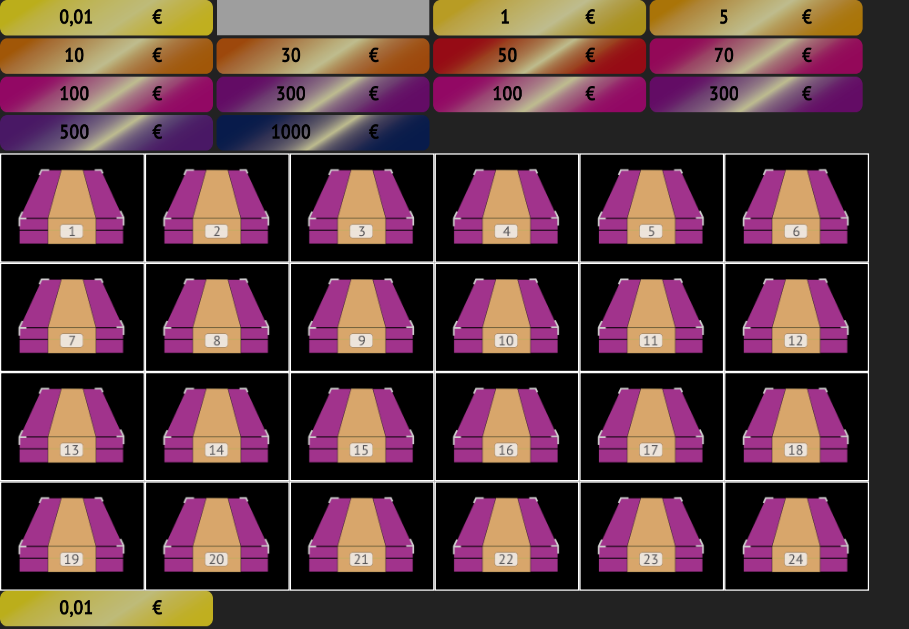
Repository: elnacp/Deal_or_no_deal
Page: DealOrNoDeal/index.html
These files come from the project's save history. The page is drawn as it stood at one moment and after a run of saves; the edit follows.
The browser window is 1280 px wide. The pictures show the whole page, at 71% of full size.
Pictures or frames that could not be fetched are drawn as grey boxes. Some web libraries are served in a nearby version.

Above is the page before, as saved 2017-11-25 23:34:35.

### DealOrNoDeal/index.html
<!DOCTYPE html>
<html>
<head>
    <meta charset="utf-8" />
    <meta name="viewport" content="width=device-width, initial-scale=1.0, maximum-scale=1.0">
    <meta name="description" content="Tizen TV basic template generated by Samsung TV Web IDE"/>

    <title>Tizen TV Web IDE - Tizen TV - Tizen TV basic Application</title>

	<!-- jQuery library -->
	<script src="https://ajax.googleapis.com/ajax/libs/jquery/3.1.1/jquery.min.js"></script>

    <link rel="stylesheet" type="text/css" href="css/style.css"/>
    <script src="js/main.js"></script>
</head>

<body>
	<div id="container">
		<div id = "left">
			<input type="image"  id ="prizes" src="./img/prizes/0,01.png"   />
			<input type="image"  id ="prizes" src="./img/prizes/0,05.png"   />
			<input type="image"  id ="prizes" src="./img/prizes/1.png"  	/>
			<input type="image"  id ="prizes" src="./img/prizes/5.png"  	/>
			<input type="image"  id ="prizes" src="./img/prizes/10.png"     />
			<input type="image"  id ="prizes" src="./img/prizes/30.png"     />
			<input type="image"  id ="prizes" src="./img/prizes/50.png"     />
			<input type="image"  id ="prizes" src="./img/prizes/70.png"     />
			<input type="image"  id ="prizes" src="./img/prizes/100.png"    />
			<input type="image"  id ="prizes" src="./img/prizes/300.png"    />
			<input type="image"  id ="prizes" src="./img/prizes/100.png"    />
			<input type="image"  id ="prizes" src="./img/prizes/300.png"    />
			<input type="image"  id ="prizes" src="./img/prizes/500.png"    />
			<input type="image"  id ="prizes" src="./img/prizes/1000.png"    />
		</div>
		<div id="central">
			<div id="chests">
				<input type="image"  id ="image" src="./img/chests/1.png"  />
				<input type="image"  id ="image" src="./img/chests/2.png"  />
				<input type="image"  id ="image" src="./img/chests/3.png"  />
				<input type="image"  id ="image" src="./img/chests/4.png"  />
				<input type="image"  id ="image" src="./img/chests/5.png"  />
				<input type="image"  id ="image" src="./img/chests/6.png"  />
			</div>
			<div id="chests">
				<input type="image"  id ="image" src="./img/chests/7.png"   />
				<input type="image"  id ="image" src="./img/chests/8.png"   />
				<input type="image"  id ="image" src="./img/chests/9.png"   />
				<input type="image"  id ="image" src="./img/chests/10.png"  />
				<input type="image"  id ="image" src="./img/chests/11.png"  />
				<input type="image"  id ="image" src="./img/chests/12.png"  />
			</div>
			<div id="chests">
				<input type="image"  id ="image" src="./img/chests/13.png"  />
				<input type="image"  id ="image" src="./img/chests/14.png"  />
				<input type="image"  id ="image" src="./img/chests/15.png"  />
				<input type="image"  id ="image" src="./img/chests/16.png"  />
				<input type="image"  id ="image" src="./img/chests/17.png"  />
				<input type="image"  id ="image" src="./img/chests/18.png"  />
			</div>
			<div id="chests">
				<input type="image"  id ="image" src="./img/chests/19.png"  />
				<input type="image"  id ="image" src="./img/chests/20.png"  />
				<input type="image"  id ="image" src="./img/chests/21.png"  />
				<input type="image"  id ="image" src="./img/chests/22.png"  />
				<input type="image"  id ="image" src="./img/chests/23.png"  />
				<input type="image"  id ="image" src="./img/chests/24.png"  />
			</div>
		</div>
		<div id = "right">
			<input type="image"  id ="prizes" src="./img/prizes/0,01.png"  />
		</div>
	</div>

</body>

</html>

### DealOrNoDeal/css/style.css
* {
    font-family: Verdana, Lucida Sans, Arial, Helvetica, sans-serif;
}

body {
    margin: 0px auto;
    background-color:#222;
}

/*.contents {
	display: flex;
	display: -webkit-flex;
	box-sizing: border-box;
	-webkit-box-sizing: border-box;
	height:320px;
}


.content_text {
	font-weight:bold;
	font-size:5em;
	color:#fff;
}*/





#prizes{
	width: 300px;
	height:50px;
}

#image{
	width:200px;
	height:150px;
	float:left;
	border: 2px solid white;
}

#chests{
	float:left;
}

### DealOrNoDeal/js/main.js

window.onload = function () {
    // TODO:: Do your initialization job

    // add eventListener for tizenhwkey
    document.addEventListener('tizenhwkey', function(e) {
        if(e.keyName == "back")
	try {
	    tizen.application.getCurrentApplication().exit();
	} catch (ignore) {
	}
    });



    // Sample code
    /*var textbox = document.querySelector('.contents');
    textbox.addEventListener("click", function(){
    	box = document.querySelector('#textbox');
    	box.innerHTML = box.innerHTML == "Basic" ? "Funciona" : "Basic";
    }); */


};

After the next 2 saves:
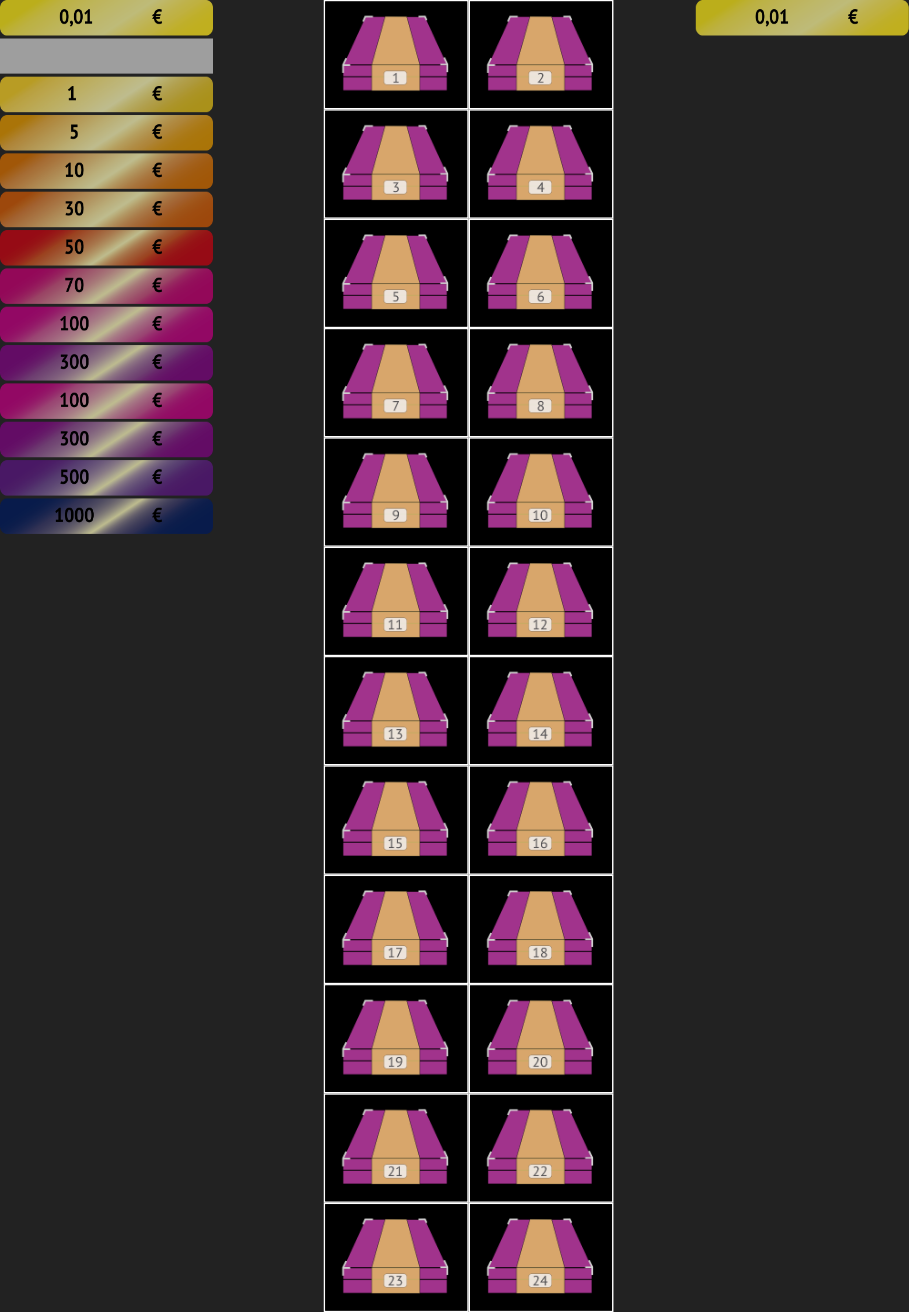
The 2 saves are shown as one change because they came seconds apart.
The last was saved 22 s later.
--- a/DealOrNoDeal/css/style.css
+++ b/DealOrNoDeal/css/style.css
@@ -22,7 +22,10 @@ body {
 	color:#fff;
 }*/
 
+#container {
+  	display: flex;
 
+}
 
 
 
